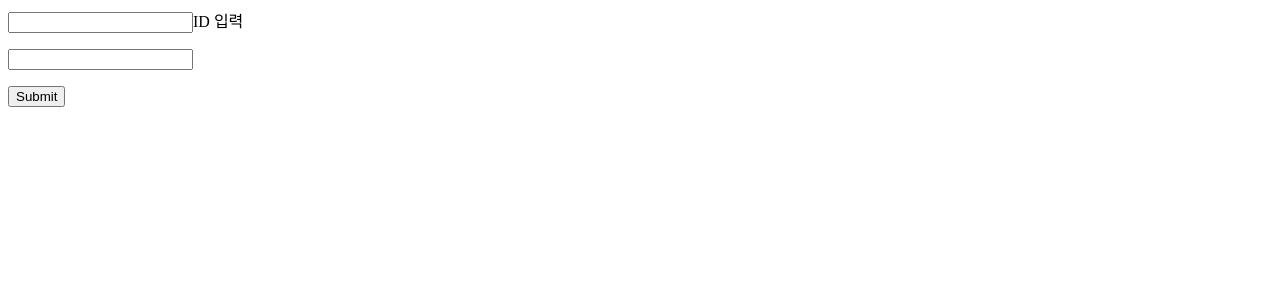
Repository: DrakeJU/eclipse-workspace
Page: Web/WebContent/03/SetCookieServlet.html
An editor plug-in stored every save of this project. The page is shown before and after a run of saves, followed by the edit.
The browser window is 1280 px wide. The pictures show the whole page.

Above is the page before, as saved 2017-10-17 05:58:21.

### Web/WebContent/03/SetCookieServlet.html
<!DOCTYPE html>
<html>
<head>
<meta charset="UTF-8">
<title>Insert title here</title>
</head>
<body>
	<form action="/SetCookieServlet">
		<input type ="text" name = "id">ID 입력
		<p>
		<input type ="password"	name = "passwd">
		<p>
		<input type = "submit" name = "쿠키생성">
	</form>

</body>
</html>

After the next 2 saves:
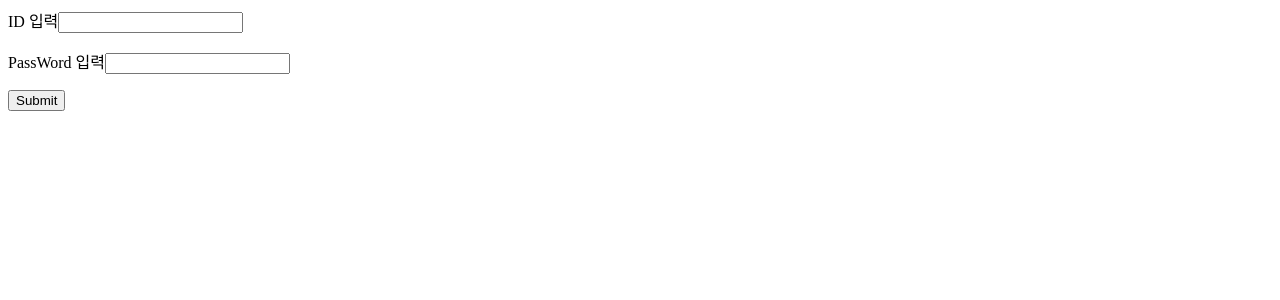
The 2 saves are shown as one change because they came seconds apart.
The last was saved 58 s later.
--- a/Web/WebContent/03/SetCookieServlet.html
+++ b/Web/WebContent/03/SetCookieServlet.html
@@ -6,9 +6,9 @@
 </head>
 <body>
 	<form action="/SetCookieServlet">
-		<input type ="text" name = "id">ID 입력
+		ID 입력<input type ="text" name = "id">
 		<p>
-		<input type ="password"	name = "passwd">
+		PassWord 입력<input type ="password"	name = "passwd">
 		<p>
 		<input type = "submit" name = "쿠키생성">
 	</form>
